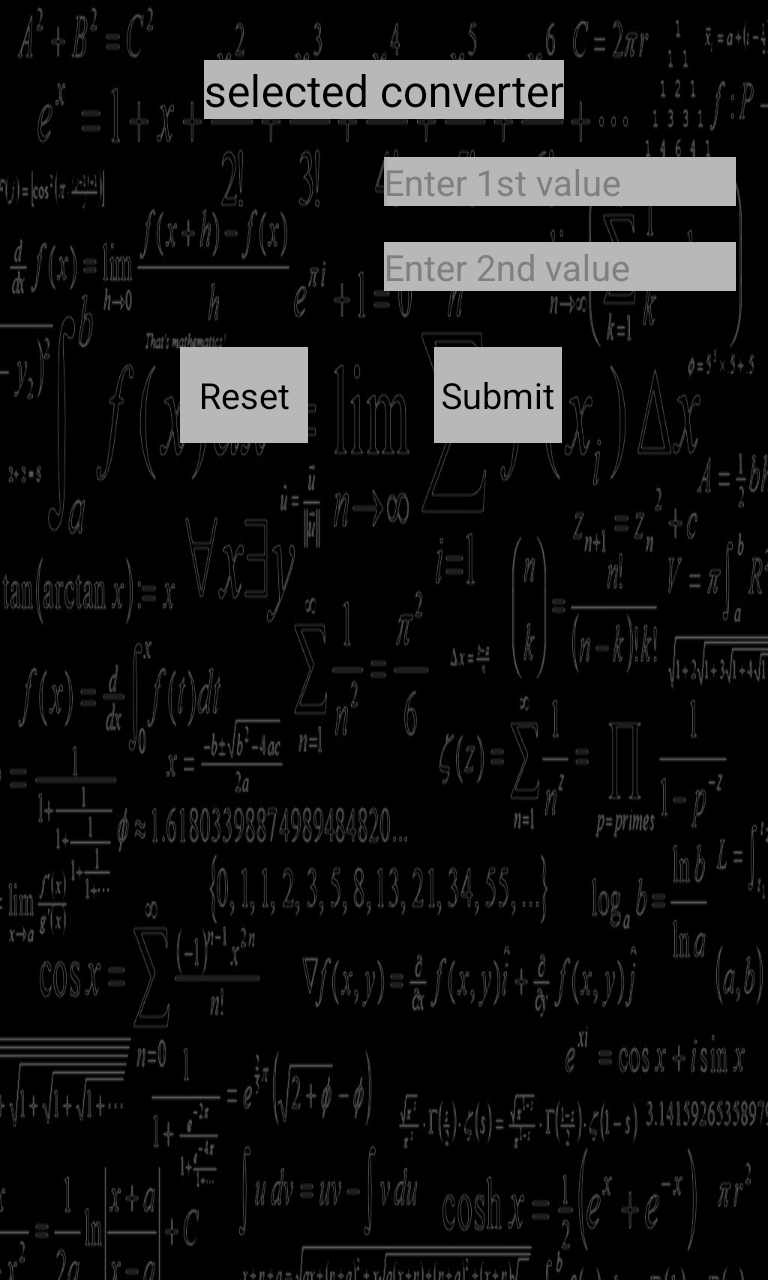
Repository: priyankaaj/practiced-apps
Layout: Converter/res/layout/activity_main.xml
An editor plug-in stored every save of this project. The layout is shown before and after the next save, followed by the edit.
It is drawn on a 768 x 1280 px phone screen (xhdpi) without system bars, with theme AppTheme; the app's code is not run.

Above is the layout before, as saved 2015-09-24 18:52:17.

### Converter/res/layout/activity_main.xml
<RelativeLayout xmlns:android="http://schemas.android.com/apk/res/android"
    xmlns:tools="http://schemas.android.com/tools"
    android:layout_width="match_parent"
    android:layout_height="match_parent"
    android:background="@drawable/maths_wallpaper"
    android:paddingBottom="@dimen/activity_vertical_margin"
    android:paddingLeft="@dimen/activity_horizontal_margin"
    android:paddingRight="@dimen/activity_horizontal_margin"
    android:paddingTop="@dimen/activity_vertical_margin"
    tools:context=".MainActivity" >

    <TextView
        android:id="@+id/selectedconverter"
        android:layout_width="wrap_content"
        android:layout_height="wrap_content"
        android:layout_alignParentTop="true"
        android:layout_centerHorizontal="true"
        android:layout_marginTop="14dp"
        android:text="selected converter"
        android:background="#B8B8B8"
        android:textAppearance="?android:attr/textAppearanceLarge" />

    <Spinner
        android:id="@+id/spinnerconvertoptions"
        android:layout_width="wrap_content"
        android:layout_height="wrap_content"
        android:layout_below="@+id/selectedconverter"
        android:layout_centerHorizontal="true"
        android:background="#B8B8B8"
        android:layout_marginTop="19dp" />

    <EditText
        android:id="@+id/entvalue1"
        android:layout_width="wrap_content"
        android:layout_height="wrap_content"
        android:layout_alignLeft="@+id/spinnerconvertoptions"
        android:layout_below="@+id/spinnerconvertoptions"
        android:ems="10"
        android:background="#B8B8B8"
        android:hint="Enter 1st value" >

        <requestFocus />
    </EditText>

    <EditText
        android:id="@+id/entvalue2"
        android:layout_width="wrap_content"
        android:layout_height="wrap_content"
        android:layout_alignLeft="@+id/entvalue1"
        android:layout_below="@+id/entvalue1"
        android:layout_marginTop="18dp"
        android:ems="10"
        android:background="#B8B8B8"
        android:hint="Enter 2nd value" />

    <Button
        android:id="@+id/buttonsubmit"
        android:layout_width="wrap_content"
        android:layout_height="wrap_content"
        android:layout_alignLeft="@+id/entvalue2"
        android:layout_below="@+id/entvalue2"
        android:layout_marginLeft="25dp"
        android:layout_marginTop="28dp"
        android:background="#B8B8B8"
        android:text="Submit" />

    <Button
        android:id="@+id/buttoncancel"
        android:layout_width="wrap_content"
        android:layout_height="wrap_content"
        android:layout_alignBaseline="@+id/buttonsubmit"
        android:layout_alignBottom="@+id/buttonsubmit"
        android:layout_alignRight="@+id/spinnerconvertoptions"
        android:layout_marginRight="38dp"
        android:background="#B8B8B8"
        android:text="Reset" />

</RelativeLayout>

Loaded but not shown: Converter/res/values/styles.xml (common file); Converter/res/values-v11/styles.xml (common file); Converter/res/values-v14/styles.xml (common file); Converter/res/values/dimens.xml (common file)

After the next save:
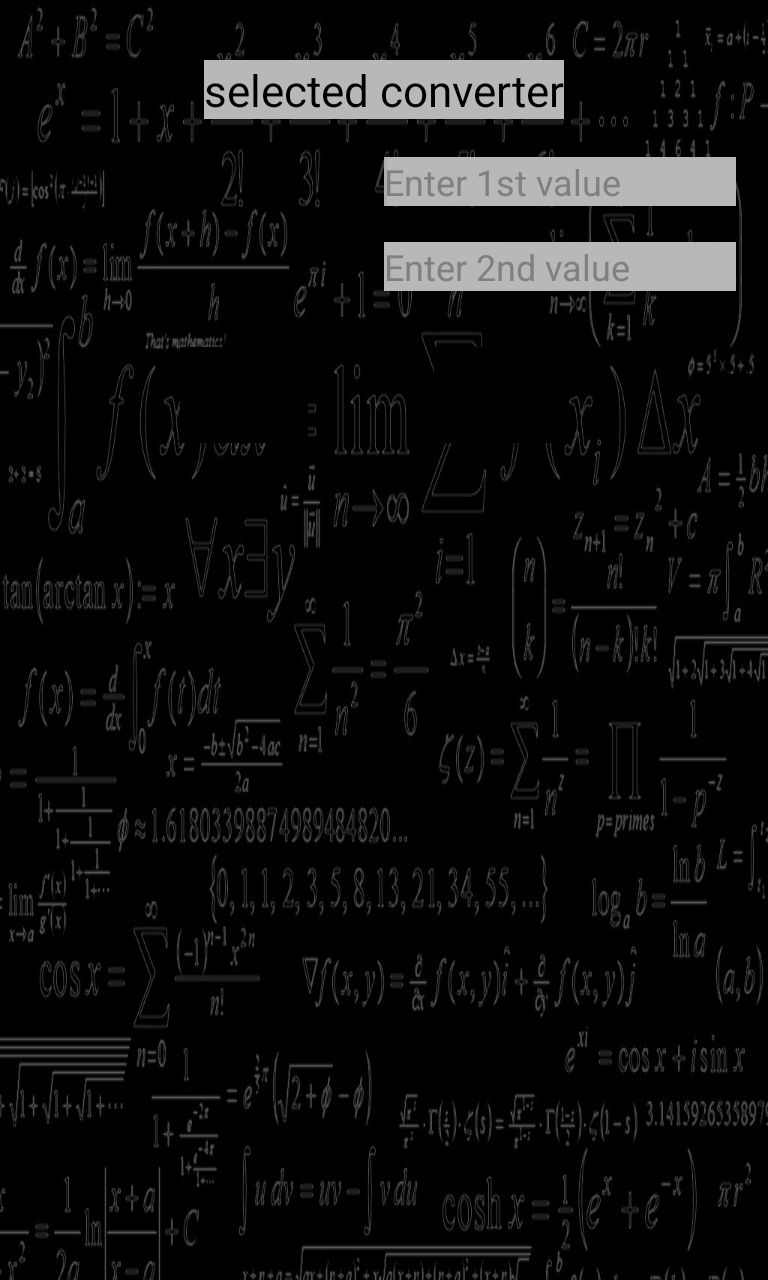
Saved 34 s later.
--- a/Converter/res/layout/activity_main.xml
+++ b/Converter/res/layout/activity_main.xml
@@ -61,7 +61,7 @@
         android:layout_below="@+id/entvalue2"
         android:layout_marginLeft="25dp"
         android:layout_marginTop="28dp"
-        android:background="#B8B8B8"
+        android:background="#000000"
         android:text="Submit" />
 
     <Button
@@ -72,7 +72,7 @@
         android:layout_alignBottom="@+id/buttonsubmit"
         android:layout_alignRight="@+id/spinnerconvertoptions"
         android:layout_marginRight="38dp"
-        android:background="#B8B8B8"
+        android:background="#000000"
         android:text="Reset" />
 
 </RelativeLayout>
